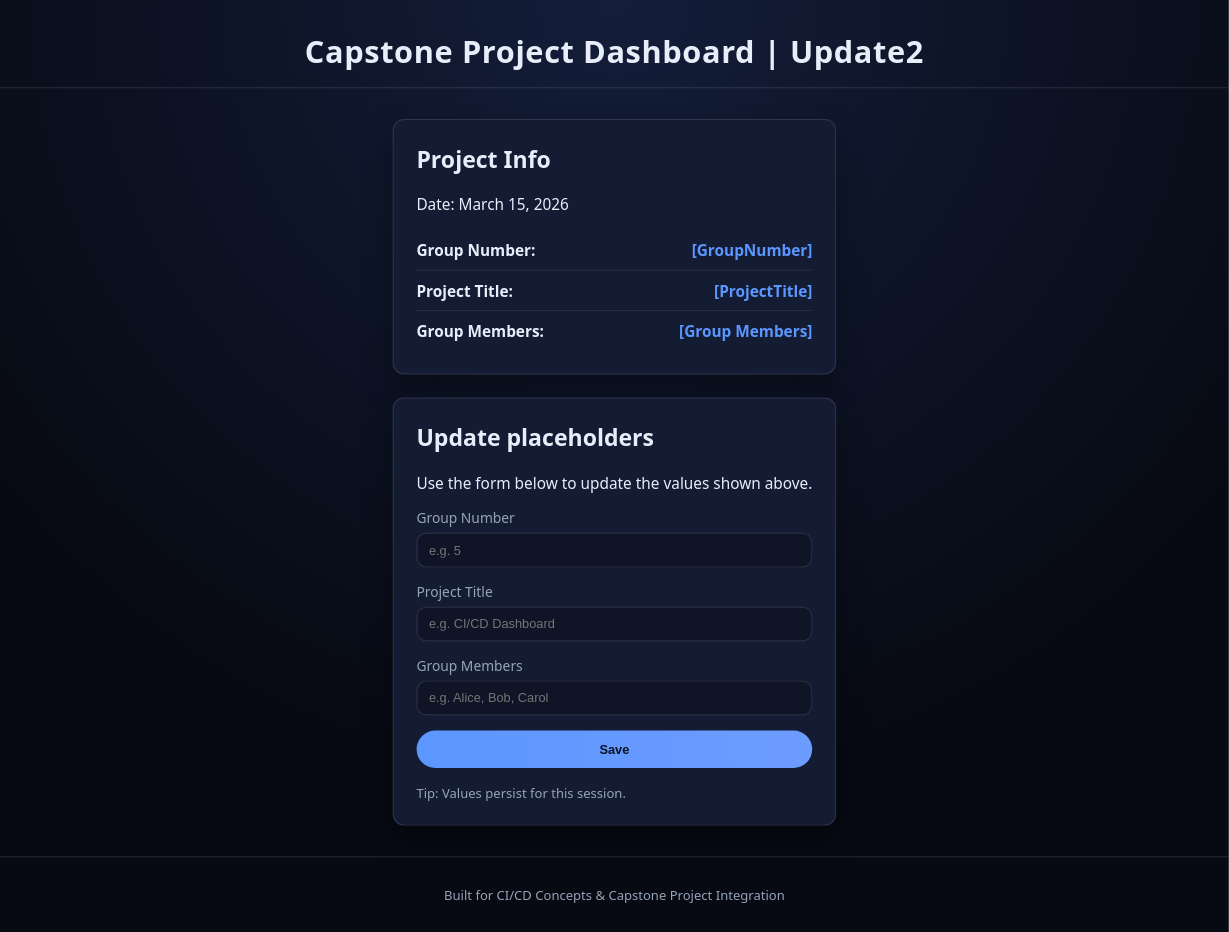
Repository: vatsalpatel3009/GroupNumber6_Cicd
Page: myapp/index.html
The author's editor kept a copy of each file at every save. The page is drawn from the files as they stood at one save, then again after a run of saves.
The browser window is 1280 px wide. The pictures show the whole page, at 96% of full size.

Above is the page before, as saved 2026-03-17 14:58:17.

### myapp/index.html
<!DOCTYPE html>
<html lang="en">
<head>
  <meta charset="UTF-8" />
  <meta name="viewport" content="width=device-width, initial-scale=1.0" />
  <title>Capstone Project Home</title>
  <link rel="stylesheet" href="styles.css" />
</head>
<body>
  <header class="page-header">
    <h1>Capstone Project Dashboard | Update2</h1>
  </header>

  <main class="content">
    <section class="card">
      <h2>Project Info</h2>
      <p>Date: March 15, 2026</p>
      <div class="placeholder">
        <strong>Group Number:</strong>
        <span id="group-number">[GroupNumber]</span>
      </div>
      <div class="placeholder">
        <strong>Project Title:</strong>
        <span id="project-title">[ProjectTitle]</span>
      </div>
      <div class="placeholder">
        <strong>Group Members:</strong>
        <span id="group-members">[Group Members]</span>
      </div>
    </section>

    <section class="card">
      <h2>Update placeholders</h2>
      <p>Use the form below to update the values shown above.</p>

      <form id="project-form">
        <label>
          Group Number
          <input type="text" id="input-group-number" placeholder="e.g. 5" />
        </label>

        <label>
          Project Title
          <input type="text" id="input-project-title" placeholder="e.g. CI/CD Dashboard" />
        </label>

        <label>
          Group Members
          <input type="text" id="input-group-members" placeholder="e.g. Alice, Bob, Carol" />
        </label>

        <button type="submit">Save</button>
      </form>

      <p class="hint">Tip: Values persist for this session.</p>
    </section>
  </main>

  <footer class="page-footer">
    <p>Built for CI/CD Concepts & Capstone Project Integration</p>
  </footer>

  <script src="script.js"></script>
</body>
</html>

### myapp/styles.css
/* Simple layout for capstone project home page */
:root {
  --bg: #0b1220;
  --card: #141c34;
  --text: #e8eef9;
  --muted: #98a3b8;
  --accent: #5c96ff;
  --border: rgba(255, 255, 255, 0.12);
}

* {
  box-sizing: border-box;
}

body {
  margin: 0;
  font-family: system-ui, -apple-system, BlinkMacSystemFont, 'Segoe UI', Roboto, Ubuntu, sans-serif;
  background: radial-gradient(circle at top, #141e3a 0%, #070a13 70%);
  color: var(--text);
  min-height: 100vh;
  display: flex;
  flex-direction: column;
}

.page-header {
  padding: 2rem 1.5rem 1rem;
  text-align: center;
  border-bottom: 1px solid var(--border);
}

.page-header h1 {
  margin: 0;
  font-size: 2rem;
  letter-spacing: 0.02em;
}

.content {
  flex: 1;
  padding: 2rem 1.5rem;
  max-width: 900px;
  margin: 0 auto;
  display: grid;
  gap: 1.5rem;
}

.card {
  background: var(--card);
  border: 1px solid var(--border);
  border-radius: 12px;
  padding: 1.5rem;
  box-shadow: 0 14px 30px rgba(0, 0, 0, 0.35);
}

.card h2 {
  margin-top: 0;
}

.placeholder {
  display: flex;
  justify-content: space-between;
  padding: 0.6rem 0;
  border-bottom: 1px solid rgba(255, 255, 255, 0.08);
}

.placeholder:last-child {
  border-bottom: none;
}

.placeholder span {
  color: var(--accent);
  font-weight: 600;
}

form {
  display: grid;
  gap: 1rem;
}

label {
  display: grid;
  gap: 0.35rem;
  font-size: 0.9rem;
  color: var(--muted);
}

input {
  width: 100%;
  padding: 0.6rem 0.75rem;
  border-radius: 10px;
  border: 1px solid rgba(255, 255, 255, 0.12);
  background: rgba(0, 0, 0, 0.25);
  color: var(--text);
}

button {
  padding: 0.75rem 1.1rem;
  border: none;
  border-radius: 999px;
  background: linear-gradient(90deg, var(--accent), #6d9cff);
  color: #0b1220;
  font-weight: 700;
  cursor: pointer;
  transition: transform 0.15s ease, box-shadow 0.15s ease;
}

button:hover {
  transform: translateY(-1px);
  box-shadow: 0 12px 18px rgba(92, 150, 255, 0.35);
}

button:active {
  transform: translateY(0);
}

.hint {
  margin: 0;
  margin-top: 1rem;
  font-size: 0.85rem;
  color: var(--muted);
}

.page-footer {
  padding: 1rem 1.5rem;
  text-align: center;
  font-size: 0.85rem;
  color: var(--muted);
  border-top: 1px solid var(--border);
}

@media (max-width: 520px) {
  body {
    padding-bottom: 1rem;
  }

  .placeholder {
    flex-direction: column;
    gap: 0.35rem;
  }
}

### myapp/script.js
const groupNumberEl = document.getElementById('group-number');
const projectTitleEl = document.getElementById('project-title');
const groupMembersEl = document.getElementById('group-members');
const form = document.getElementById('project-form');

const STORAGE_KEY = 'capstoneProjectPlaceholders';

function loadFromStorage() {
  try {
    const stored = window.localStorage.getItem(STORAGE_KEY);
    if (!stored) return null;
    return JSON.parse(stored);
  } catch (error) {
    console.warn('Unable to load saved placeholders', error);
    return null;
  }
}

function saveToStorage(value) {
  try {
    window.localStorage.setItem(STORAGE_KEY, JSON.stringify(value));
  } catch (error) {
    console.warn('Unable to save placeholders', error);
  }
}

function applyValues({ groupNumber, projectTitle, groupMembers }) {
  groupNumberEl.textContent = groupNumber || '[GroupNumber]';
  projectTitleEl.textContent = projectTitle || '[ProjectTitle]';
  groupMembersEl.textContent = groupMembers || '[Group Members]';
}

function init() {
  const values = loadFromStorage();
  if (values) {
    applyValues(values);
    document.getElementById('input-group-number').value = values.groupNumber || '';
    document.getElementById('input-project-title').value = values.projectTitle || '';
    document.getElementById('input-group-members').value = values.groupMembers || '';
  }
}

form.addEventListener('submit', (event) => {
  event.preventDefault();

  const newValues = {
    groupNumber: document.getElementById('input-group-number').value.trim(),
    projectTitle: document.getElementById('input-project-title').value.trim(),
    groupMembers: document.getElementById('input-group-members').value.trim(),
  };

  applyValues(newValues);
  saveToStorage(newValues);
});

init();

After the next 2 saves:
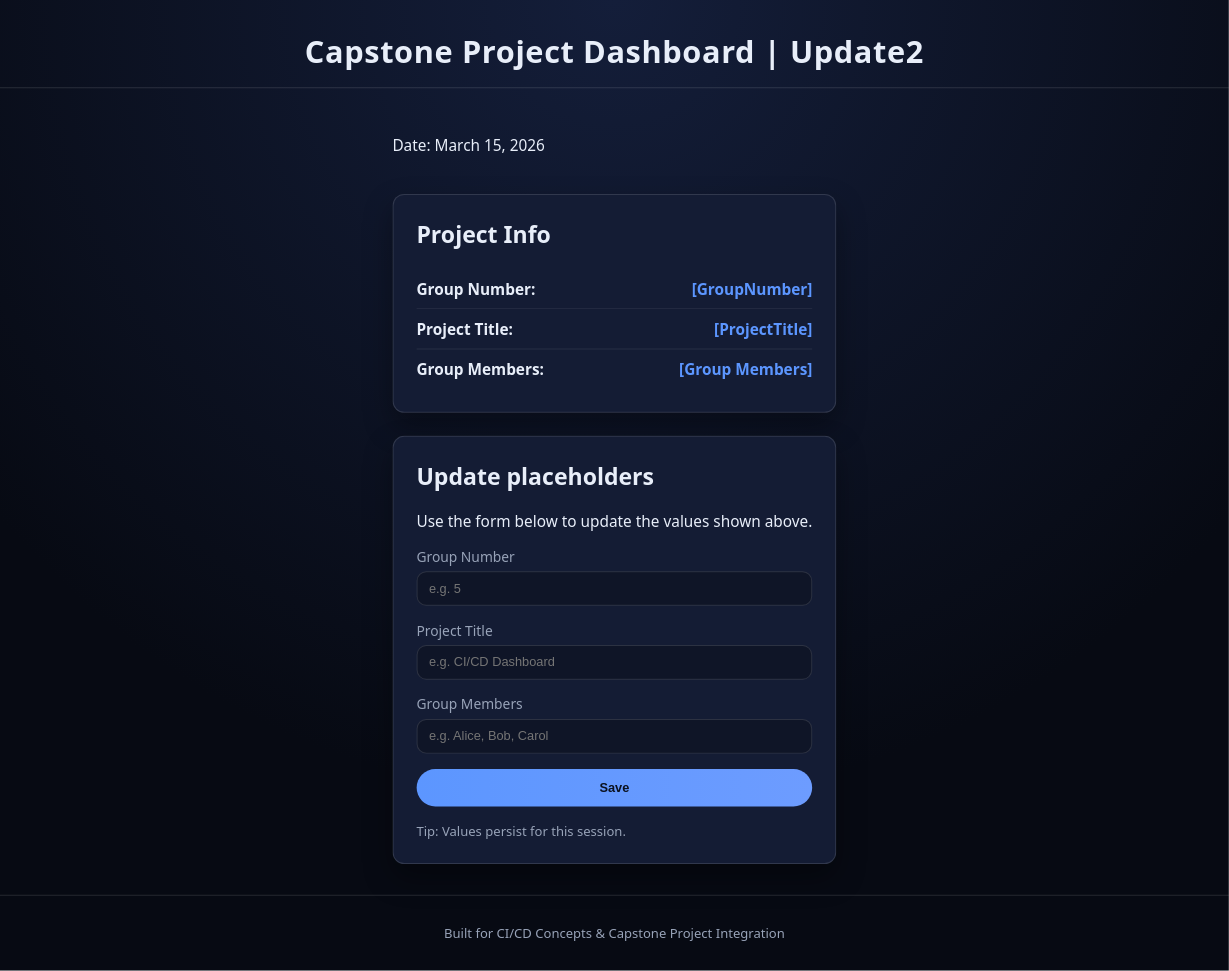
The 2 saves are shown as one change because they came seconds apart.
The last was saved 25 s later.
--- a/myapp/index.html
+++ b/myapp/index.html
@@ -12,9 +12,10 @@
   </header>
 
   <main class="content">
+          <p>Date: March 15, 2026</p>
+
     <section class="card">
       <h2>Project Info</h2>
-      <p>Date: March 15, 2026</p>
       <div class="placeholder">
         <strong>Group Number:</strong>
         <span id="group-number">[GroupNumber]</span>
